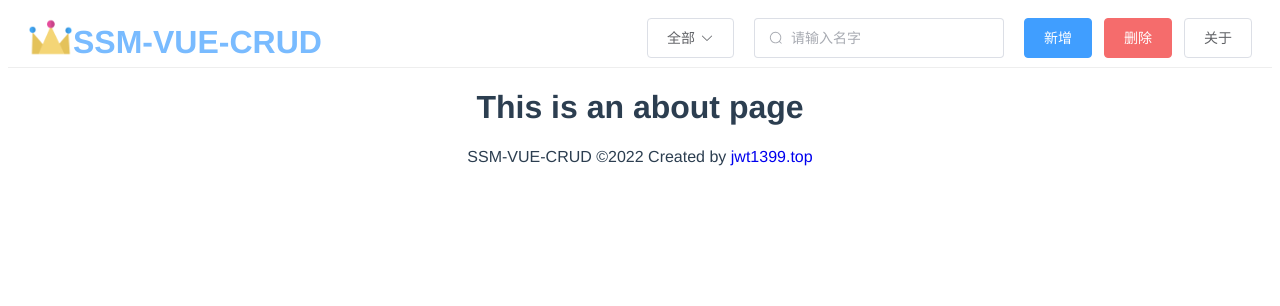
Repository: jwt1399/ssm-vue-crud
Page: /#/about (app in ssm-crud-front/)
These files come from the project's save history. The page is drawn as it stood at one moment and after the next save; the edit follows.
The browser window is 1280 px wide. The pictures show the whole page.
The project was rebuilt for these pictures with package versions that can differ from the ones it lists, and the page was loaded fresh each time. Also part of the build but not shown: ssm-crud-front/vue.config.js, ssm-crud-front/src/components/Form.vue, ssm-crud-front/src/views/CrudView.vue.

Above is the page before, as saved 2022-06-09 12:38:21.

### ssm-crud-front/public/index.html
<!DOCTYPE html>
<html lang="zh-Hans">
  <head>
    <meta charset="utf-8">
    <meta http-equiv="X-UA-Compatible" content="IE=edge">
    <meta name="viewport" content="width=device-width,initial-scale=1.0">
    <link rel="icon" href="<%= BASE_URL %>favicon.png">
    <title><%= htmlWebpackPlugin.options.title %></title>
  </head>
  <body>
    <noscript>
      <strong>We're sorry but <%= htmlWebpackPlugin.options.title %> doesn't work properly without JavaScript enabled. Please enable it to continue.</strong>
    </noscript>
    <div id="app"></div>
    <!-- built files will be auto injected -->
  </body>
</html>

### ssm-crud-front/src/main.js
import { createApp } from 'vue'
import App from './App.vue'
import router from './router'
import ElementPlus from 'element-plus'
import 'element-plus/dist/index.css'
import * as ElementPlusIconsVue from '@element-plus/icons-vue'

const app = createApp(App)

//配置全局icon
for (const [key, component] of Object.entries(ElementPlusIconsVue)) {
    app.component(key, component)
  }

app.use(router).use(ElementPlus).mount('#app')

### ssm-crud-front/src/App.vue
<template>
  <Header/>
  <router-view/>
  <Footer/>
</template>

<script>
import Header from '@/components/Header.vue'
import Footer from '@/components/Footer.vue'
export default {
    components: {
        Header,
        Footer,
    }
}
</script>

<style>
#app {
  font-family: Avenir, Helvetica, Arial, sans-serif;
  -webkit-font-smoothing: antialiased;
  -moz-osx-font-smoothing: grayscale;
  text-align: center;
  color: #2c3e50;
}
</style>

### ssm-crud-front/src/router/index.js
import { createRouter, createWebHashHistory } from 'vue-router'
import CrudView from '../views/CrudView.vue'
const routes = [
  {
    path: '/',
    name: 'home',
    component: CrudView
  },
  {
    path: '/about',
    name: 'about',
    // route level code-splitting
    // this generates a separate chunk (about.[hash].js) for this route
    // which is lazy-loaded when the route is visited.
    component: () => import(/* webpackChunkName: "about" */ '../views/AboutView.vue')
  }
]

const router = createRouter({
  history: createWebHashHistory(),
  routes
})

export default router

### ssm-crud-front/src/components/Header.vue
<template>
 <el-header class="header">
    <div class="nav">
        <a href="/" class="nav-link">
            <img src="../assets/favicon.png" alt="logo" class="nav-logo">
            <h1 class="nav-title ">SSM-VUE-CRUD</h1>
        </a>
    </div>
    <div class="nav-item">
        <el-dropdown>
            <el-button size="large">
                全部
                <el-icon class="el-icon--right">
                    <arrow-down />
                </el-icon>
            </el-button>
            <template #dropdown>
                <el-dropdown-menu>
                    <el-dropdown-item>Action 1</el-dropdown-item>
                    <el-dropdown-item>Action 2</el-dropdown-item>
                </el-dropdown-menu>
            </template>
        </el-dropdown>

        <div class="nav-search">
            <el-input
            placeholder="请输入名字"
            v-model="search"
            size="large"
            @change="searchChange"
            clearable >
                <template #prefix>
                    <el-icon class="el-input__icon"><search /></el-icon>
                </template>
            </el-input>

        </div>
        <el-button type="primary" size="large" @click="addEmployee()">新增</el-button>
        <el-button type="danger" size="large" @click="batchDeleteEmployee()">删除</el-button>
        <!-- <router-link to='/about'> -->
        <el-button type="default" size="large" @click="skipAbout()">关于</el-button>
        <!-- </router-link> -->
    </div>
</el-header>
</template>

<script>
import { useRouter } from 'vue-router'

export default {
    name: 'Header',
    setup() {
        const router = useRouter()
        const skipAbout = ()=>{
        // window.location.href='#/about';
        // router.push({path:'about'})
        router.push({ name: 'about'})
        }
        return {
            skipAbout,
        }
    },

}


</script>



<style scoped>
.nav-logo {
	height: 45px;
	width: 45px;
	vertical-align: middle;
	display: inline-block;
}

.nav-title {
	font-size: 2rem;
	display: inline-block;
	vertical-align: middle;
	color: #79bbff;
	padding-top: 10px;
}

.nav-item {
	display: flex;
	align-items: center;
}

.nav-search {
	width: 250px;
	margin: 0 20px;
}

.header {
	display: flex;
	align-items: center;
	justify-content: space-between;
	width: 100%;
	border-bottom: 1px solid #eee;
	min-width: 800px;
}



</style>

### ssm-crud-front/src/components/Footer.vue
<template>
<el-footer class="footer" style="text-align:center">
    SSM-VUE-CRUD ©2022 Created by
    <a href="https://jwt1399.top" style="text-decoration: none;">
    jwt1399.top
    </a>
 </el-footer>
</template>


<script>
export default{
    name:'Footer',
}
</script>

### ssm-crud-front/src/views/AboutView.vue
<template>
  <div class="about">
    <h1>This is an about page</h1>
    <h1></h1>
  </div>
</template>

After the next save:
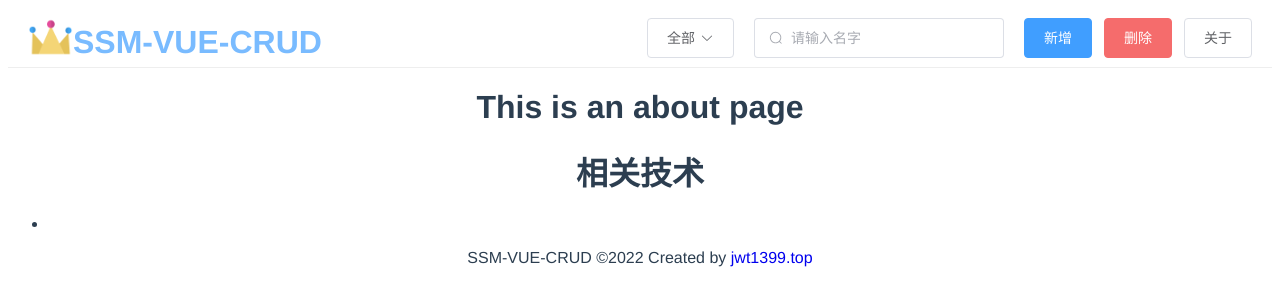
Saved 19 s later.
--- a/ssm-crud-front/src/views/AboutView.vue
+++ b/ssm-crud-front/src/views/AboutView.vue
@@ -1,6 +1,9 @@
 <template>
   <div class="about">
     <h1>This is an about page</h1>
-    <h1></h1>
+    <h1>相关技术</h1>
+    <ul>
+      <li></li>
+    </ul>
   </div>
 </template>
